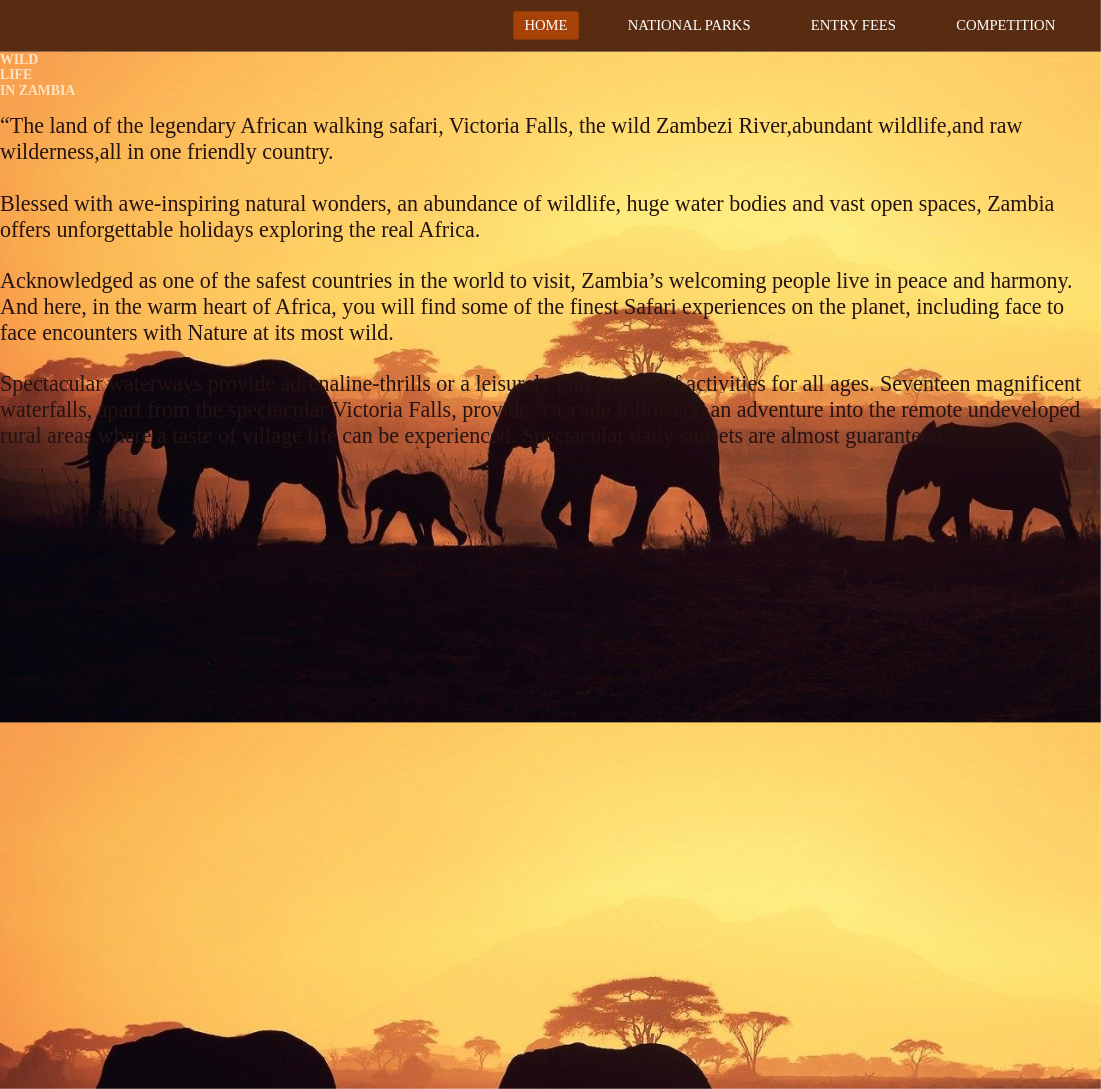
Repository: Lungdjos/web_assignment_3rd_yr
Page: home/index.html
An editor plug-in stored every save of this project. The page is shown before and after the next save, followed by the edit.
The browser window is 1280 px wide. The pictures show the whole page, at 86% of full size.
Some web libraries are served in a nearby version.

Above is the page before, as saved 2021-06-18 15:20:59.

After the next save:
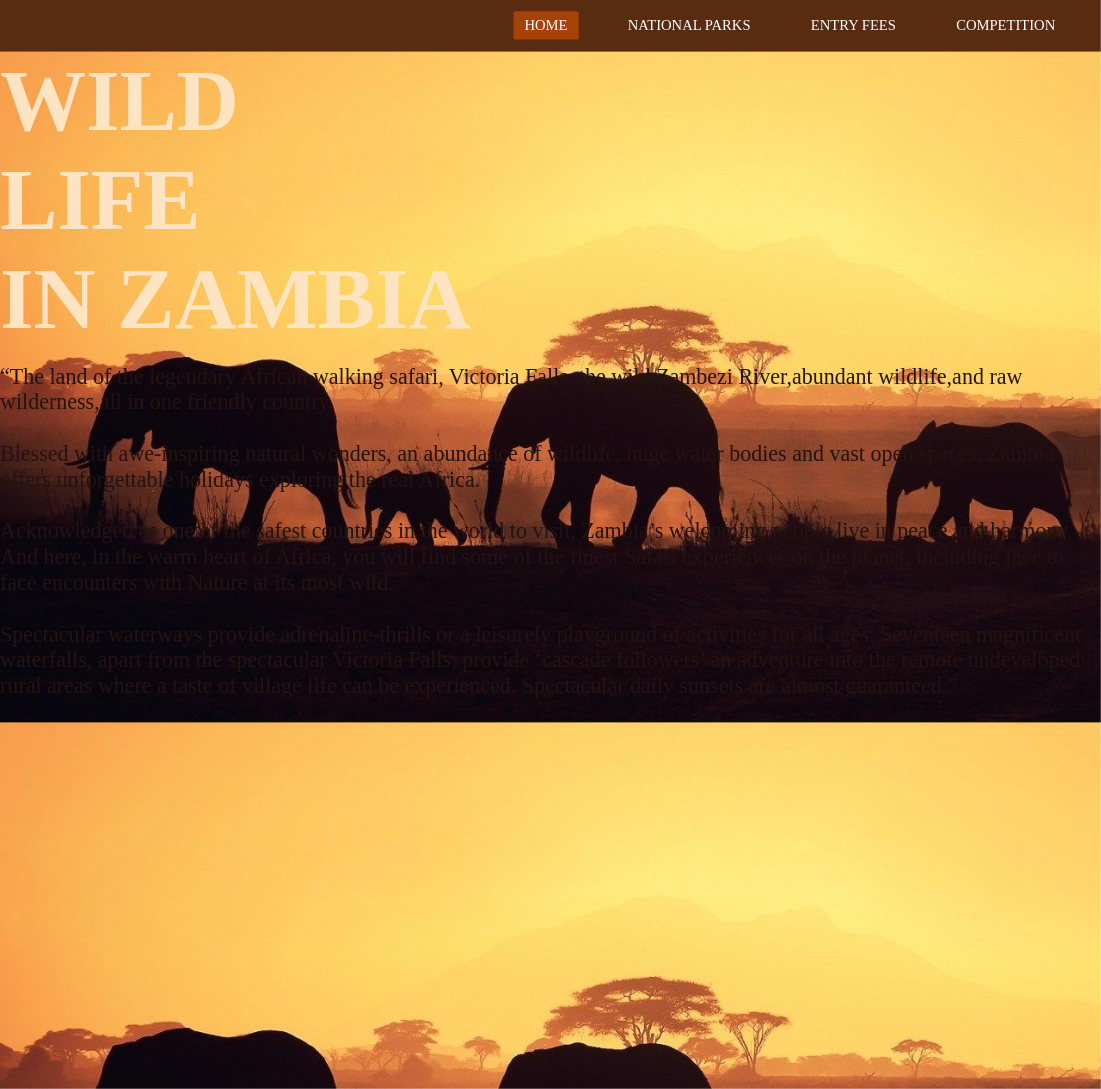
Saved 5 s later.
--- a/home/index.css
+++ b/home/index.css
@@ -159,7 +159,7 @@
 
     .welcome {
         color: bisque;
-        font
+        font-size: 100px;
     }
 
     .para2 {
